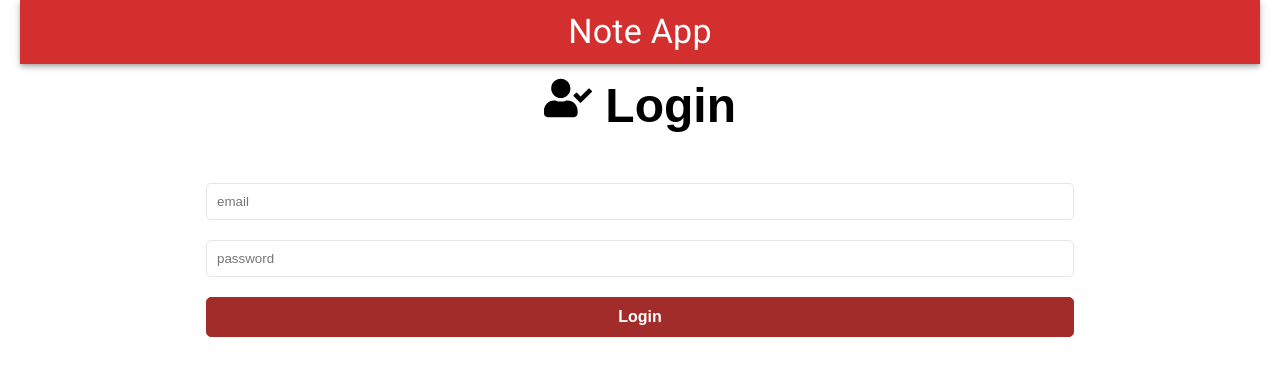
Repository: halilhaninan/MERNSTACK-Note-App
Page: / (app in frontend/)
These files come from the project's save history. The page is drawn as it stood at one moment and after the next save; the edit follows.
The browser window is 1280 px wide. The pictures show the whole page.
The project was rebuilt for these pictures with package versions that can differ from the ones it lists, and the page was loaded fresh each time. Also part of the build but not shown: frontend/src/Components/Spinner.jsx, frontend/src/Components/Not.jsx, frontend/src/pages/Register.jsx, frontend/src/features/counter/counterSlice.js, frontend/src/features/counter/counter.js, frontend/src/App.css.

Above is the page before, as saved 2022-09-03 11:06:19.

After the next save:
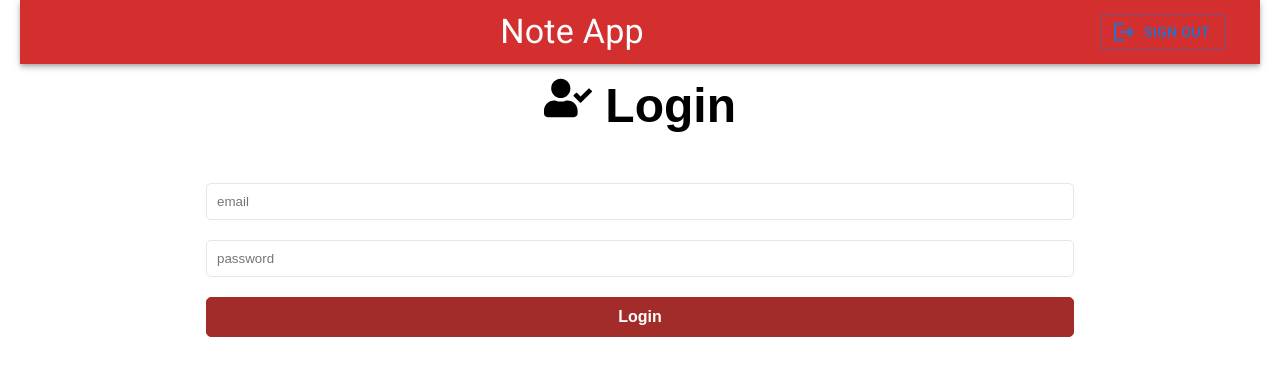
Saved 25 s later.
--- a/frontend/src/Components/Header.jsx
+++ b/frontend/src/Components/Header.jsx
@@ -46,7 +46,17 @@ function Header() {
             </Button>
           </>
         ) : (
-          <></>
+          <>
+            <Button
+              variant="outlined"
+              sx={{ marginRight: "10px" }}
+              colors="inherit"
+              size="size"
+              startIcon={<Logout />}
+              onClick={onLogout}>
+              Sign out
+            </Button>
+          </>
         )}
       </Toolbar>
     </AppBar>
